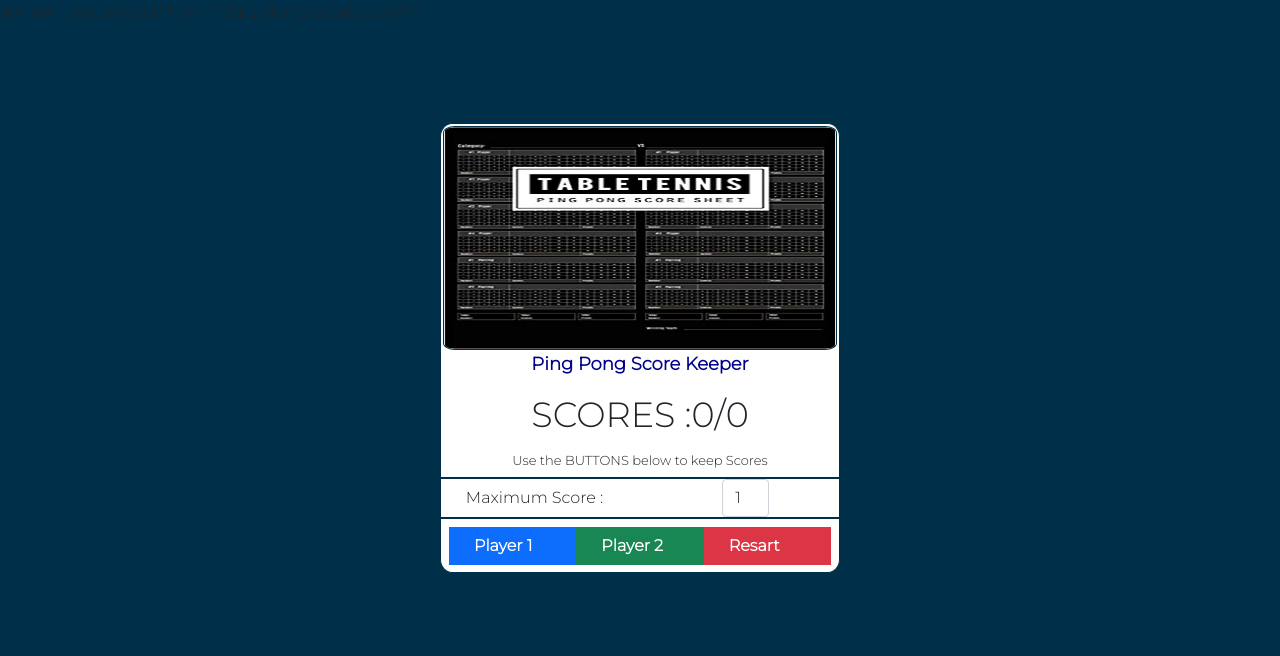
Repository: uditjain100/JavaScript-for-Web
Page: 9.Score Keeper Project/sk.html
An editor plug-in stored every save of this project. The page is shown before and after the next save, followed by the edit.
The browser window is 1280 px wide. The pictures show the whole page.
After loading, the first visible `#p1_btn` was clicked once.

Above is the page before, as saved 2021-01-22 22:20:03.
Console error: ReferenceError: scoreCard is not defined

After the next save:
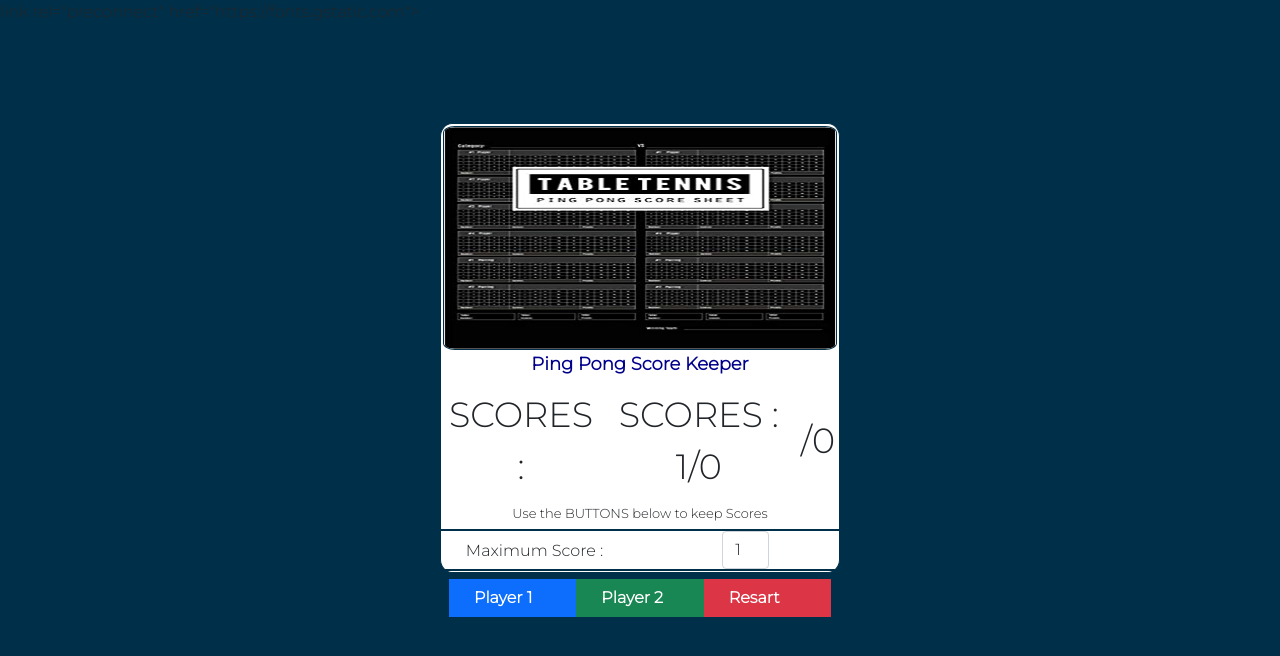
The error is gone.
Saved 18 s later.
--- a/9.Score Keeper Project/app.js
+++ b/9.Score Keeper Project/app.js
@@ -14,6 +14,6 @@ p1_btn.addEventListener("click", () => {
     scoreCard.innerText = "SCORES : " + ++i + "/" + j;
   } else {
     console.log("Heyyyyyyyyyyyy !!");
-    scoreCard.innerText = "SCORES : " + ++i + "/" + j;
+    p1_score.innerText = "SCORES : " + ++i + "/" + j;
   }
 });
